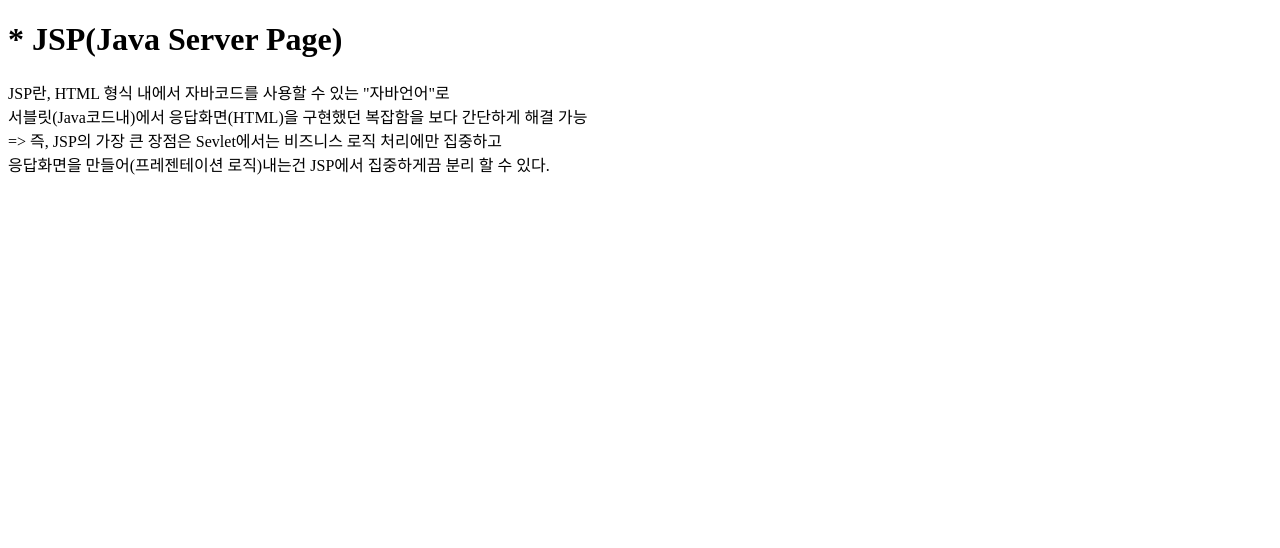
Repository: pje00427/webserver_workspace1
Page: 2_JSP/WebContent/index.html
An editor plug-in stored every save of this project. The page is shown before and after the next save, followed by the edit.
The browser window is 1280 px wide. The pictures show the whole page.

Above is the page before, as saved 2020-08-31 01:09:00.

### 2_JSP/WebContent/index.html
<!DOCTYPE html>
<html>
<head>
<meta charset="UTF-8">
<title>Insert title here</title>
</head>
<body>

	<h1>* JSP(Java Server Page)</h1>

	<p>
		JSP란, HTML 형식 내에서 자바코드를 사용할 수 있는 "자바언어"로 <br>
		서블릿(Java코드내)에서 응답화면(HTML)을 구현했던 복잡함을 보다 간단하게 해결 가능<br>
		=> 즉, JSP의 가장 큰 장점은 Sevlet에서는 비즈니스 로직 처리에만 집중하고 <br>
		    응답화면을 만들어(프레젠테이션 로직)내는건 JSP에서 집중하게끔 분리 할 수 있다.
	</p>

</body>
</html>

After the next save:
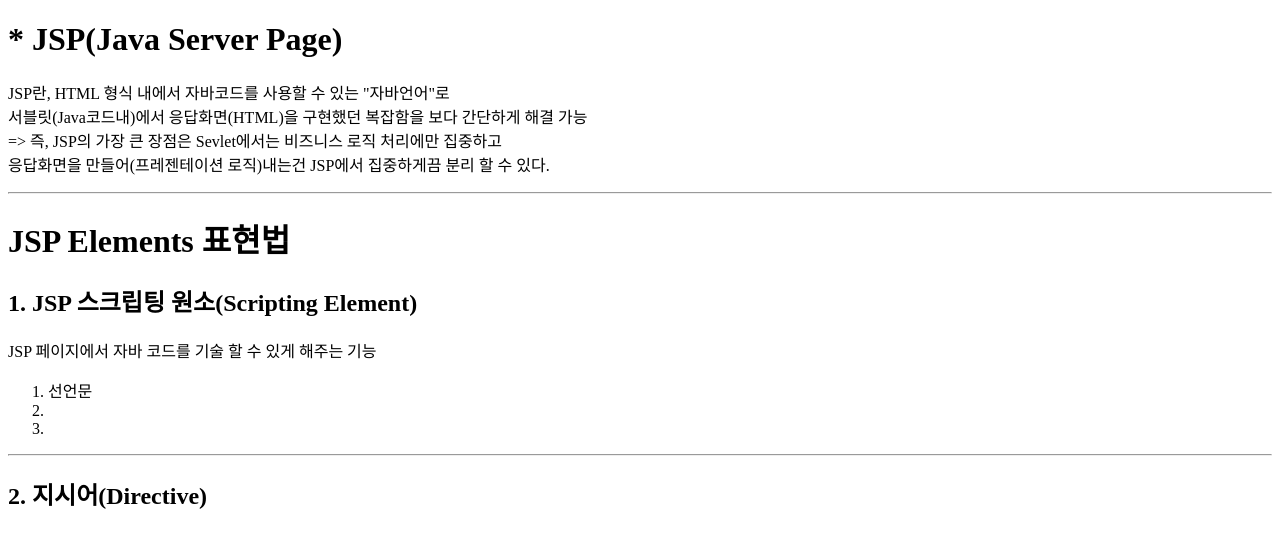
Saved 3 min 53 s later.
--- a/2_JSP/WebContent/index.html
+++ b/2_JSP/WebContent/index.html
@@ -14,6 +14,30 @@
 		=> 즉, JSP의 가장 큰 장점은 Sevlet에서는 비즈니스 로직 처리에만 집중하고 <br>
 		    응답화면을 만들어(프레젠테이션 로직)내는건 JSP에서 집중하게끔 분리 할 수 있다.
 	</p>
+	<hr>
+
+	<h1>JSP Elements 표현법</h1>
+
+	<h2>1. JSP 스크립팅 원소(Scripting Element)</h2>
+	<p>JSP 페이지에서 자바 코드를 기술 할 수 있게 해주는 기능</p>
+	<ol>
+		<li>
+			선언문
+		</li>
+		<li>
+
+		</li>
+		<li>
+
+		</li>
+
+	</ol>
+	<hr>
+
+	<h2>2. 지시어(Directive)</h2>
+
+
+
 
 </body>
 </html>
